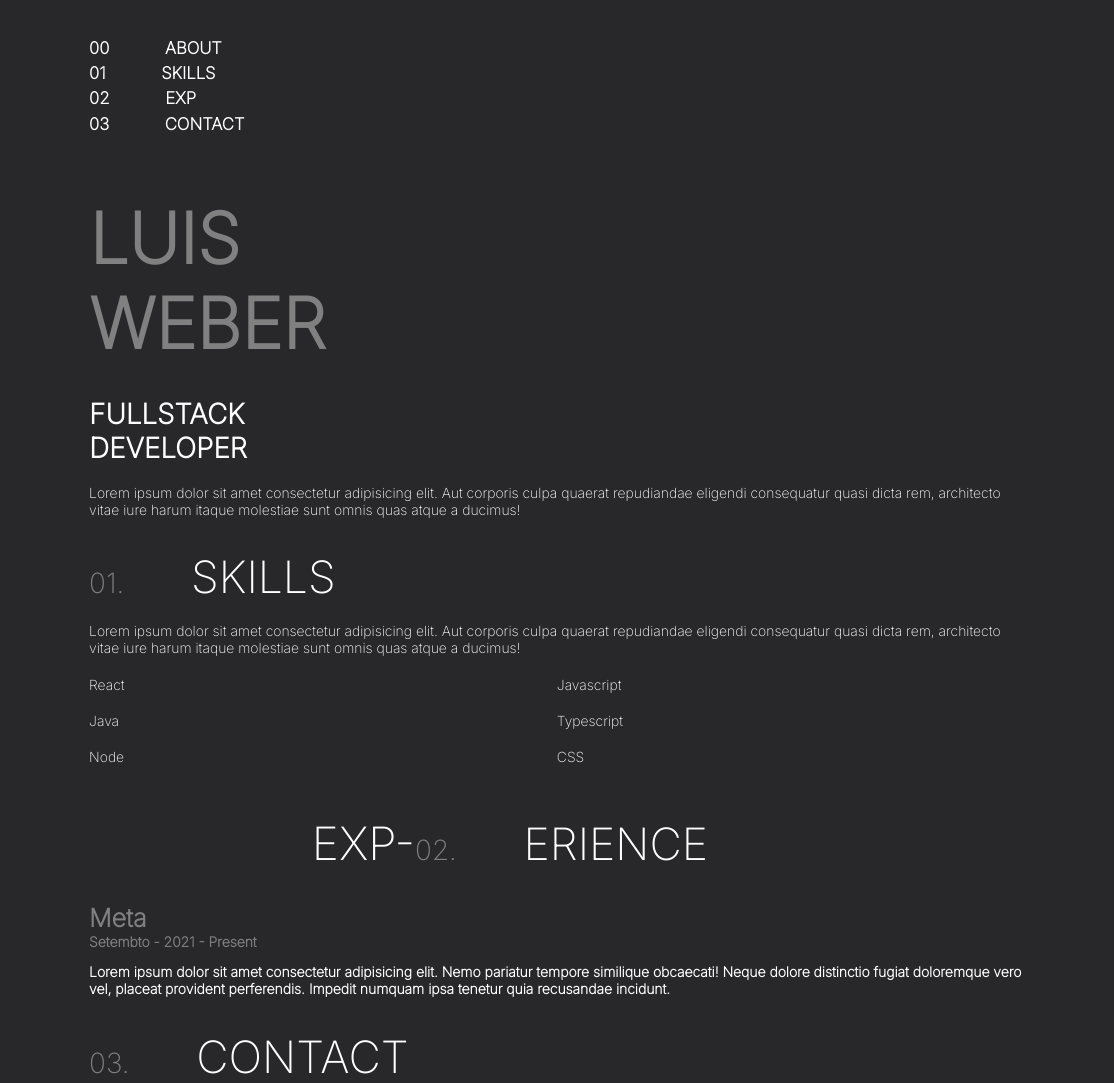
Repository: luiswh1/Portfolio
Page: /
These files come from the project's save history. The page is drawn as it stood at one moment and after the next save; the edit follows.
The browser window is 1280 px wide. The pictures show the whole page, at 87% of full size.
The project was rebuilt for these pictures with package versions that can differ from the ones it lists, and the page was loaded fresh each time.

Above is the page before, as saved 2023-05-28 18:04:10.

### public/index.html
<!DOCTYPE html>
<html lang="en">
  <head>
    <meta charset="utf-8" />
    <link rel="icon" href="%PUBLIC_URL%/favicon.ico" />
    <meta name="viewport" content="width=device-width, initial-scale=1" />
    <meta name="theme-color" content="#000000" />
    <meta
      name="description"
      content="Web site created using create-react-app"
    />
    <link rel="apple-touch-icon" href="%PUBLIC_URL%/logo192.png" />
    <!--
      manifest.json provides metadata used when your web app is installed on a
      user's mobile device or desktop. See https://developers.google.com/web/fundamentals/web-app-manifest/
    -->
    <link rel="manifest" href="%PUBLIC_URL%/manifest.json" />
    <!--
      Notice the use of %PUBLIC_URL% in the tags above.
      It will be replaced with the URL of the `public` folder during the build.
      Only files inside the `public` folder can be referenced from the HTML.

      Unlike "/favicon.ico" or "favicon.ico", "%PUBLIC_URL%/favicon.ico" will
      work correctly both with client-side routing and a non-root public URL.
      Learn how to configure a non-root public URL by running `npm run build`.
    -->

    <link rel="preconnect" href="https://fonts.googleapis.com">
    <link rel="preconnect" href="https://fonts.gstatic.com" crossorigin>
    <link href="https://fonts.googleapis.com/css2?family=Inter:wght@200&family=Poppins:wght@200;300&display=swap" rel="stylesheet">
    <title>React App</title>
  </head>
  <body>
    <noscript>You need to enable JavaScript to run this app.</noscript>
    <div id="root"></div>
    <!--
      This HTML file is a template.
      If you open it directly in the browser, you will see an empty page.

      You can add webfonts, meta tags, or analytics to this file.
      The build step will place the bundled scripts into the <body> tag.

      To begin the development, run `npm start` or `yarn start`.
      To create a production bundle, use `npm run build` or `yarn build`.
    -->
  </body>
</html>

### src/index.tsx
import React from 'react';
import ReactDOM from 'react-dom/client';
import App from './App';
import GlobalStyle from './styles/globalStyles';

const root = ReactDOM.createRoot(
  document.getElementById('root') as HTMLElement
);
root.render(
  <React.StrictMode>
    <GlobalStyle />
    <App />
  </React.StrictMode>
);

### src/App.tsx
import React from 'react';
import Home from './Pages/Home';

function App() {
  return (
   <Home />
  );
}

export default App;

### src/styles/globalStyles.tsx
import { createGlobalStyle } from 'styled-components'


const GlobalStyle = createGlobalStyle`
* {
    margin: 0;
    font-family: Inter;
  }

  html, body {
    height: 100%;
    background-color: #28282B;
    color: white;
  }

`

export default GlobalStyle

### src/Pages/Home.tsx
import {
  Container,
  NameSection,
  StyledName,
  InnerContainer,
  Profession,
  About,
  LabelTitle,
  NumberIndex,
  IndexTitle,
  ListSkills,
  SkillItem,
  StyledSpanExp,
  Experience,
  Company,
  Date,
  Description,
} from "./HomeStyles";
import IndexList from "../Components/IndexList/IndexList";

const Home = () => {
  return (
    <Container>
      <InnerContainer>
        <IndexList />

        <NameSection>
          <StyledName>
            LUIS <br />
            WEBER
          </StyledName>
        </NameSection>

        <Profession>
          FULLSTACK <br />
          DEVELOPER
        </Profession>

        <About>
          Lorem ipsum dolor sit amet consectetur adipisicing elit. Aut corporis
          culpa quaerat repudiandae eligendi consequatur quasi dicta rem,
          architecto vitae iure harum itaque molestiae sunt omnis quas atque a
          ducimus!
        </About>

        <LabelTitle>
          <NumberIndex>01.</NumberIndex>
          <IndexTitle>SKILLS</IndexTitle>
        </LabelTitle>

        <About>
          Lorem ipsum dolor sit amet consectetur adipisicing elit. Aut corporis
          culpa quaerat repudiandae eligendi consequatur quasi dicta rem,
          architecto vitae iure harum itaque molestiae sunt omnis quas atque a
          ducimus!
        </About>

        <ListSkills>
          <SkillItem>React</SkillItem>
          <SkillItem>Javascript</SkillItem>
          <SkillItem>Java</SkillItem>
          <SkillItem>Typescript</SkillItem>
          <SkillItem>Node</SkillItem>
          <SkillItem>CSS</SkillItem>
        </ListSkills>

        <LabelTitle>
          {/* TODO Ajustar o EXP em diferente resoluções de celular, pois está ficando desalinhado com o ERIENCE */}
          <StyledSpanExp>EXP-</StyledSpanExp>
          <NumberIndex>02.</NumberIndex>
          <IndexTitle>ERIENCE</IndexTitle>
        </LabelTitle>

        <Experience>
          <Company>Meta</Company>
          <Date>Setembto - 2021 - Present</Date>
          <Description>
            Lorem ipsum dolor sit amet consectetur adipisicing elit. Nemo
            pariatur tempore similique obcaecati! Neque dolore distinctio fugiat
            doloremque vero vel, placeat provident perferendis. Impedit numquam
            ipsa tenetur quia recusandae incidunt.
          </Description>
        </Experience>

        <LabelTitle>
          <NumberIndex>03.</NumberIndex>
          <IndexTitle>CONTACT</IndexTitle>
        </LabelTitle>

      </InnerContainer>
    </Container>
  );
};

export default Home;

### src/Pages/HomeStyles.tsx
import { styled } from "styled-components";

export const Container = styled.div`
  width: 100%;
  height: 100%;
  overflow: hidden;
`;

export const InnerContainer = styled.div`
  margin-left: 8vw;
  margin-right: 8vw;
`;

export const NameSection = styled.div`
  width: 100%;
  height: 100%;
  margin-top: 10vh;
`;

export const StyledName = styled.h1`
  font-size: 5em;
  color: gray;
`;

export const Profession = styled.h1`
margin-top: 5vh;
`

export const About = styled.p`
margin-top: 3vh;
color: white;
`
export const LabelTitle = styled.div`
margin-top: 5vh;
`

export const NumberIndex = styled.span`
  font-size: 2em;
  color: gray;
  margin-right: 3vw;
`;

export const IndexTitle = styled.span`
  font-size: 3.2em;
  color: white;
  margin-left: 3vw;
`;


export const ListSkills = styled.div`
margin-top: 3vh;
display: flex;
  flex-wrap: wrap;
`;

export const SkillItem = styled.span`
flex-basis: 50%;
margin-bottom: 3vh;
color: white;
`;

export const StyledSpanExp = styled.span`
font-size: 3.3em;
color: white;
margin-left: 20vw;
`

export const Experience = styled.section`
margin-top: 5vh;
color: gray;
`

export const Company = styled.h5`
font-size: 1.8em;
`

export const Date = styled.h6`
font-size: 1em;
`

export const Description = styled.p`
color: white;
font-weight: bold;
margin-top: 2vh;
`

### src/Components/IndexList/IndexList.tsx
import React from "react";
import { Sections, SectionItem } from "./IndexListStyles";

const IndexList = () => {
  return (
    <>
      <Sections>
        <SectionItem>
          <span>00</span>
          <span>ABOUT</span>
        </SectionItem>
        <SectionItem>
          <span>01</span>
          <span>SKILLS</span>
        </SectionItem>
        <SectionItem>
          <span>02</span>
          <span>EXP</span>
        </SectionItem>
        <SectionItem>
          <span>03</span>
          <span>CONTACT</span>
        </SectionItem>
      </Sections>
    </>
  );
};

export default IndexList;

### src/Components/IndexList/IndexListStyles.tsx
import { styled } from "styled-components";

export const Sections = styled.div`
margin-top: 6vh;
`

export const SectionItem = styled.span`
color: white;
font-size: 1.2rem;
font-weight: bold;
display: block;
span:first-child {
    margin-right: 5vw;
  }
  margin-top: 5px;
`

After the next save:
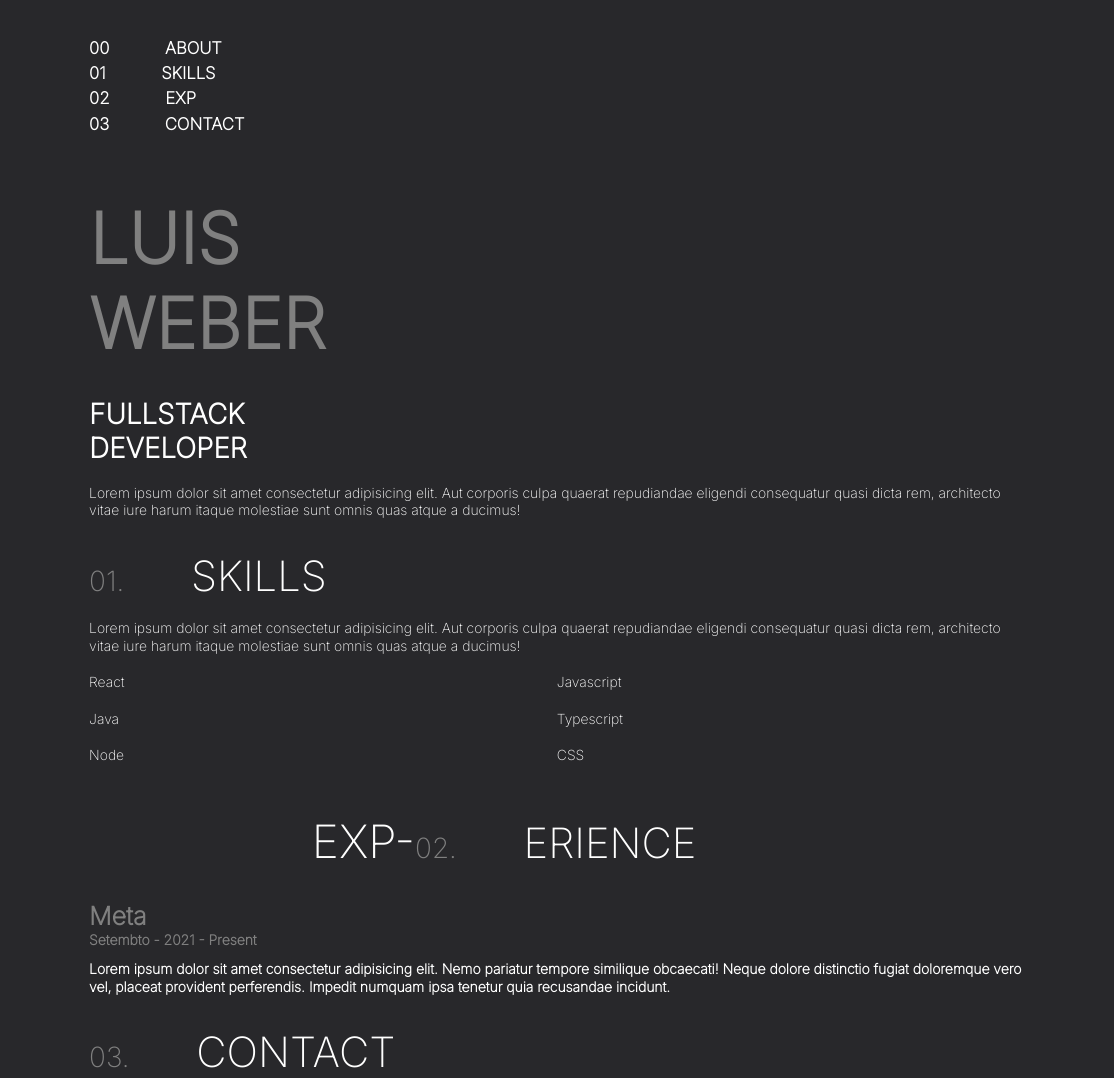
Saved 8 s later.
--- a/src/Pages/HomeStyles.tsx
+++ b/src/Pages/HomeStyles.tsx
@@ -41,7 +41,7 @@ export const NumberIndex = styled.span`
 `;
 
 export const IndexTitle = styled.span`
-  font-size: 3.2em;
+  font-size: 3em;
   color: white;
   margin-left: 3vw;
 `;
